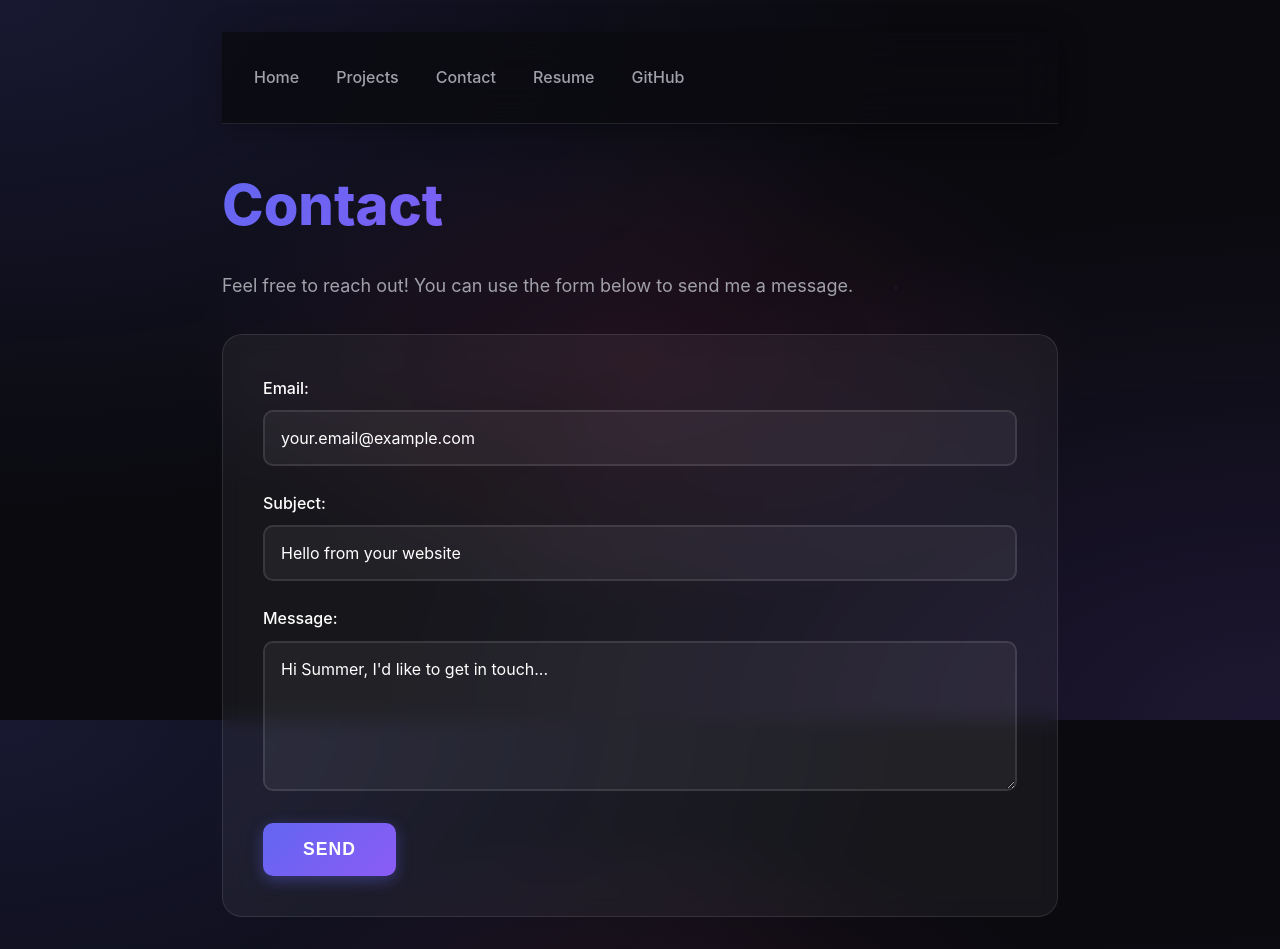
Repository: SummerZ27/personal-website
Page: contact/index.html
The author's editor kept a copy of each file at every save. The page is drawn from the files as they stood at one save, then again after a run of saves.
The browser window is 1280 px wide. The pictures show the whole page.
Backgrounds fixed to the window are drawn as part of the page.

Above is the page before, as saved 2026-02-10 13:31:07.

### contact/index.html
<!DOCTYPE html>
<html lang="en">
<head>
    <meta charset="UTF-8">
    <meta name="viewport" content="width=device-width, initial-scale=1.0">
    <title>Contact - Summer Zhou</title>
    <link rel="stylesheet" href="../style.css">
</head>
<body>
    <nav>
        <a href="../index.html">Home</a>
        <a href="../projects/index.html">Projects</a>
        <a href="index.html">Contact</a>
        <a href="../files/resume.pdf" target="_blank">Resume</a>
        <a href="https://github.com/SummerZ27" target="_blank">GitHub</a>
    </nav>

    <main>
        <h1>Contact</h1>

        <p>Feel free to reach out! You can use the form below to send me a message.</p>

        <form action="mailto:summerzhou233@gmail.com" method="GET">
        <label>
            Email:
            <input type="email" name="email" value="your.email@example.com">
        </label>

        <label>
            Subject:
            <input type="text" name="subject" value="Hello from your website">
        </label>

        <label>
            Message:
            <textarea name="body">Hi Summer, I'd like to get in touch...</textarea>
        </label>

        <button type="submit">Send</button>
    </form>
    </main>
</body>
</html>

### style.css
/* Modern CSS Reset & Base Styles */
* {
    margin: 0;
    padding: 0;
    box-sizing: border-box;
}

:root {
    --primary-color: #6366f1;
    --secondary-color: #8b5cf6;
    --accent-color: #ec4899;
    --bg-dark: #0a0a0f;
    --bg-card: rgba(255, 255, 255, 0.05);
    --text-primary: #ffffff;
    --text-secondary: #a1a1aa;
    --border-color: rgba(255, 255, 255, 0.1);
    --shadow-glow: 0 0 20px rgba(99, 102, 241, 0.3);
}

body {
    font-family: -apple-system, BlinkMacSystemFont, 'Segoe UI', 'Roboto', 'Oxygen', 'Ubuntu', 'Cantarell', sans-serif;
    font-size: 18px;
    line-height: 1.7;
    color: var(--text-primary);
    background: var(--bg-dark);
    background-image:
        radial-gradient(at 0% 0%, rgba(99, 102, 241, 0.15) 0px, transparent 50%),
        radial-gradient(at 100% 100%, rgba(139, 92, 246, 0.15) 0px, transparent 50%),
        radial-gradient(at 50% 50%, rgba(236, 72, 153, 0.1) 0px, transparent 50%);
    background-attachment: fixed;
    min-height: 100vh;
    padding: 0;
    margin: 0;
    overflow-x: hidden;
    scroll-behavior: smooth;
}

/* Animated background particles effect */
body::before {
    content: '';
    position: fixed;
    top: 0;
    left: 0;
    width: 100%;
    height: 100%;
    background-image:
        radial-gradient(2px 2px at 20% 30%, rgba(99, 102, 241, 0.3), transparent),
        radial-gradient(2px 2px at 60% 70%, rgba(139, 92, 246, 0.3), transparent),
        radial-gradient(1px 1px at 50% 50%, rgba(236, 72, 153, 0.3), transparent),
        radial-gradient(1px 1px at 80% 10%, rgba(99, 102, 241, 0.2), transparent),
        radial-gradient(2px 2px at 90% 80%, rgba(139, 92, 246, 0.2), transparent);
    background-size: 200% 200%;
    animation: particleMove 20s ease-in-out infinite;
    pointer-events: none;
    z-index: 0;
    opacity: 0.6;
}

@keyframes particleMove {
    0%, 100% { background-position: 0% 0%, 100% 100%, 50% 50%, 80% 10%, 90% 80%; }
    50% { background-position: 100% 0%, 0% 100%, 50% 50%, 20% 90%, 10% 20%; }
}

/* Main content wrapper */
body > * {
    position: relative;
    z-index: 1;
}

/* Navigation Styles */
nav {
    background: rgba(10, 10, 15, 0.8);
    backdrop-filter: blur(20px);
    border-bottom: 1px solid var(--border-color);
    padding: 1.5rem 2rem;
    margin-bottom: 3rem;
    position: sticky;
    top: 0;
    z-index: 100;
    box-shadow: 0 4px 30px rgba(0, 0, 0, 0.3);
}

nav a {
    display: inline-block;
    margin-right: 2rem;
    text-decoration: none;
    color: var(--text-secondary);
    font-weight: 500;
    font-size: 1rem;
    position: relative;
    transition: all 0.3s ease;
    padding: 0.5rem 0;
}

nav a::after {
    content: '';
    position: absolute;
    bottom: 0;
    left: 0;
    width: 0;
    height: 2px;
    background: linear-gradient(90deg, var(--primary-color), var(--accent-color));
    transition: width 0.3s ease;
}

nav a:hover {
    color: var(--text-primary);
    transform: translateY(-2px);
}

nav a:hover::after {
    width: 100%;
}

/* Container */
body {
    max-width: 900px;
    margin: 0 auto;
    padding: 2rem;
}

/* Typography */
h1 {
    font-size: 3.5rem;
    font-weight: 800;
    background: linear-gradient(135deg, var(--primary-color), var(--secondary-color), var(--accent-color));
    -webkit-background-clip: text;
    -webkit-text-fill-color: transparent;
    background-clip: text;
    margin-bottom: 2rem;
    animation: fadeInUp 0.8s ease;
    line-height: 1.2;
}

h2 {
    font-size: 2rem;
    font-weight: 700;
    color: var(--text-primary);
    margin-bottom: 1rem;
    background: linear-gradient(135deg, var(--primary-color), var(--accent-color));
    -webkit-background-clip: text;
    -webkit-text-fill-color: transparent;
    background-clip: text;
}

h3 {
    font-size: 1.5rem;
    font-weight: 600;
    color: var(--text-primary);
    margin-bottom: 0.75rem;
}

p {
    color: var(--text-secondary);
    margin-bottom: 1.5rem;
    animation: fadeIn 1s ease;
}

/* Image Styles */
img {
    max-width: 300px;
    height: auto;
    border-radius: 20px;
    box-shadow: var(--shadow-glow);
    margin: 2rem 0;
    transition: all 0.4s ease;
    border: 2px solid var(--border-color);
    animation: fadeInScale 1s ease;
}

img:hover {
    transform: scale(1.05) rotate(2deg);
    box-shadow: 0 0 40px rgba(99, 102, 241, 0.5);
}

/* Section Styles */
section {
    background: var(--bg-card);
    backdrop-filter: blur(10px);
    border: 1px solid var(--border-color);
    border-radius: 20px;
    padding: 2.5rem;
    margin-bottom: 2rem;
    transition: all 0.4s ease;
    position: relative;
    overflow: hidden;
    animation: fadeInUp 0.6s ease;
}

section::before {
    content: '';
    position: absolute;
    top: 0;
    left: -100%;
    width: 100%;
    height: 100%;
    background: linear-gradient(90deg, transparent, rgba(99, 102, 241, 0.1), transparent);
    transition: left 0.5s ease;
}

section:hover {
    transform: translateY(-5px);
    border-color: var(--primary-color);
    box-shadow: 0 10px 40px rgba(99, 102, 241, 0.2);
}

section:hover::before {
    left: 100%;
}

section h2 {
    margin-top: 0;
}

/* Article Styles */
article {
    margin-bottom: 2rem;
    padding: 1.5rem;
    background: rgba(255, 255, 255, 0.02);
    border-radius: 15px;
    border-left: 3px solid var(--primary-color);
    transition: all 0.3s ease;
}

article:hover {
    background: rgba(255, 255, 255, 0.05);
    transform: translateX(5px);
}

/* List Styles */
ul {
    list-style: none;
    padding-left: 0;
}

ul li {
    padding: 0.75rem 0;
    padding-left: 1.5rem;
    position: relative;
    color: var(--text-secondary);
}

ul li::before {
    content: '▹';
    position: absolute;
    left: 0;
    color: var(--primary-color);
    font-weight: bold;
}

/* Form Styles */
form {
    background: var(--bg-card);
    backdrop-filter: blur(10px);
    border: 1px solid var(--border-color);
    border-radius: 20px;
    padding: 2.5rem;
    margin-top: 2rem;
    animation: fadeInUp 0.6s ease;
}

label {
    display: block;
    margin-bottom: 1.5rem;
    color: var(--text-primary);
    font-weight: 500;
    font-size: 1rem;
}

input[type="email"],
input[type="text"],
textarea {
    width: 100%;
    padding: 1rem;
    margin-top: 0.5rem;
    background: rgba(255, 255, 255, 0.05);
    border: 2px solid var(--border-color);
    border-radius: 10px;
    color: var(--text-primary);
    font-size: 1rem;
    font-family: inherit;
    transition: all 0.3s ease;
}

input[type="email"]:focus,
input[type="text"]:focus,
textarea:focus {
    outline: none;
    border-color: var(--primary-color);
    background: rgba(255, 255, 255, 0.08);
    box-shadow: 0 0 20px rgba(99, 102, 241, 0.3);
    transform: translateY(-2px);
}

textarea {
    min-height: 150px;
    resize: vertical;
}

button {
    background: linear-gradient(135deg, var(--primary-color), var(--secondary-color));
    color: white;
    border: none;
    padding: 1rem 2.5rem;
    font-size: 1.1rem;
    font-weight: 600;
    border-radius: 10px;
    cursor: pointer;
    transition: all 0.3s ease;
    box-shadow: 0 4px 15px rgba(99, 102, 241, 0.4);
    text-transform: uppercase;
    letter-spacing: 1px;
}

button:hover {
    transform: translateY(-3px);
    box-shadow: 0 6px 25px rgba(99, 102, 241, 0.6);
    background: linear-gradient(135deg, var(--secondary-color), var(--accent-color));
}

button:active {
    transform: translateY(-1px);
}

/* Time element */
time {
    color: var(--accent-color);
    font-weight: 500;
    font-style: normal;
}

/* Animations */
@keyframes fadeIn {
    from {
        opacity: 0;
    }
    to {
        opacity: 1;
    }
}

@keyframes fadeInUp {
    from {
        opacity: 0;
        transform: translateY(30px);
    }
    to {
        opacity: 1;
        transform: translateY(0);
    }
}

@keyframes fadeInScale {
    from {
        opacity: 0;
        transform: scale(0.9);
    }
    to {
        opacity: 1;
        transform: scale(1);
    }
}

/* Stagger animations for sections */
section:nth-child(1) { animation-delay: 0.1s; }
section:nth-child(2) { animation-delay: 0.2s; }
section:nth-child(3) { animation-delay: 0.3s; }
section:nth-child(4) { animation-delay: 0.4s; }

/* Responsive Design */
@media (max-width: 768px) {
    body {
        padding: 1rem;
    }

    nav {
        padding: 1rem;
        text-align: center;
    }

    nav a {
        display: block;
        margin: 0.5rem 0;
        margin-right: 0;
    }

    h1 {
        font-size: 2.5rem;
    }

    h2 {
        font-size: 1.5rem;
    }

    section {
        padding: 1.5rem;
    }

    img {
        max-width: 100%;
    }
}

/* Scrollbar Styling */
::-webkit-scrollbar {
    width: 10px;
}

::-webkit-scrollbar-track {
    background: var(--bg-dark);
}

::-webkit-scrollbar-thumb {
    background: linear-gradient(180deg, var(--primary-color), var(--accent-color));
    border-radius: 5px;
}

::-webkit-scrollbar-thumb:hover {
    background: linear-gradient(180deg, var(--secondary-color), var(--primary-color));
}

After the next 2 saves:
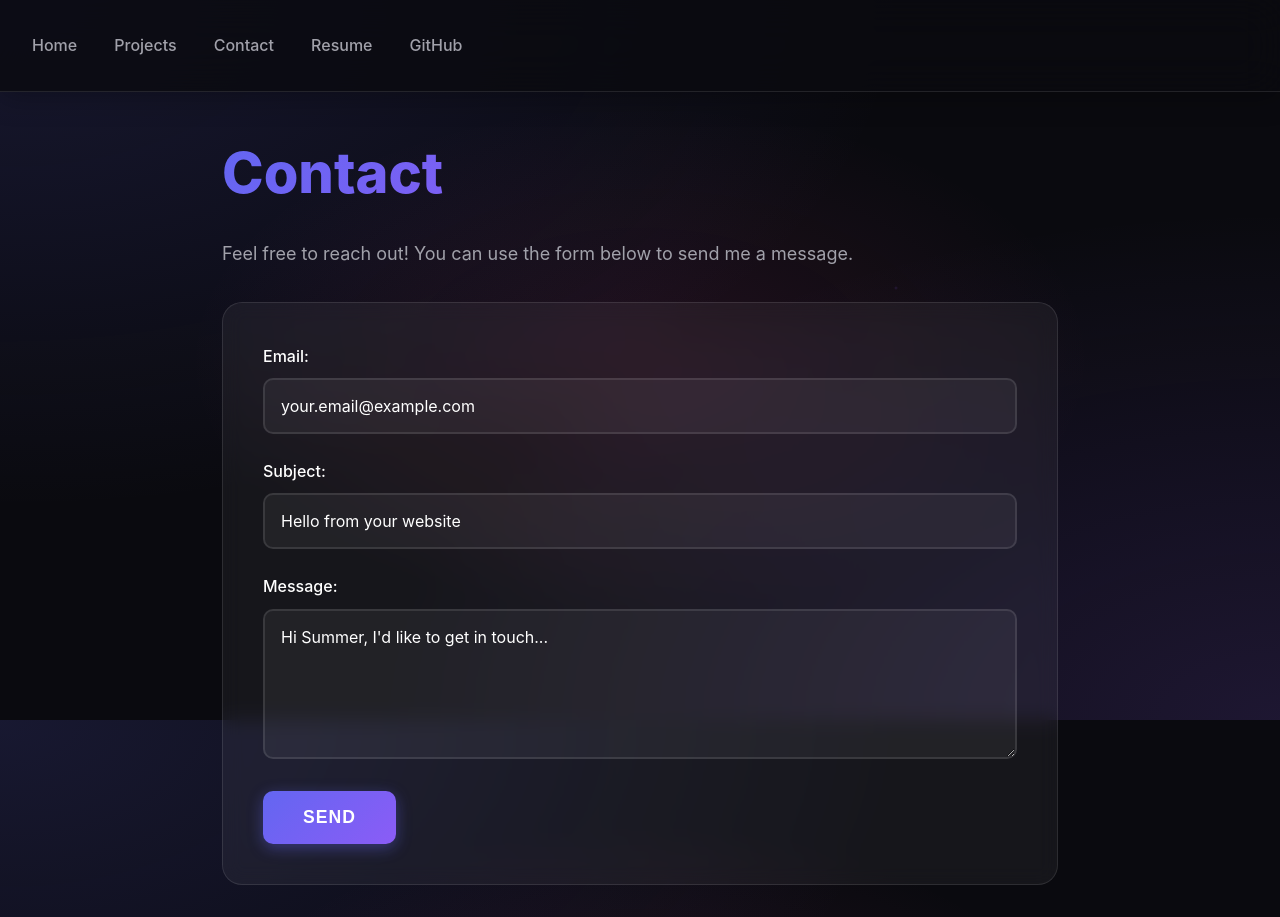
The 2 saves are shown as one change because they came seconds apart.
The last was saved 11 s later.
--- a/style.css
+++ b/style.css
@@ -73,11 +73,12 @@ nav {
     backdrop-filter: blur(20px);
     border-bottom: 1px solid var(--border-color);
     padding: 1.5rem 2rem;
-    margin-bottom: 3rem;
+    margin-bottom: 0;
     position: sticky;
     top: 0;
     z-index: 100;
     box-shadow: 0 4px 30px rgba(0, 0, 0, 0.3);
+    max-width: 100%;
 }
 
 nav a {
@@ -113,10 +114,10 @@ nav a:hover::after {
 }
 
 /* Container */
-body {
+main {
     max-width: 900px;
     margin: 0 auto;
-    padding: 2rem;
+    padding: 3rem 2rem 2rem 2rem;
 }
 
 /* Typography */
